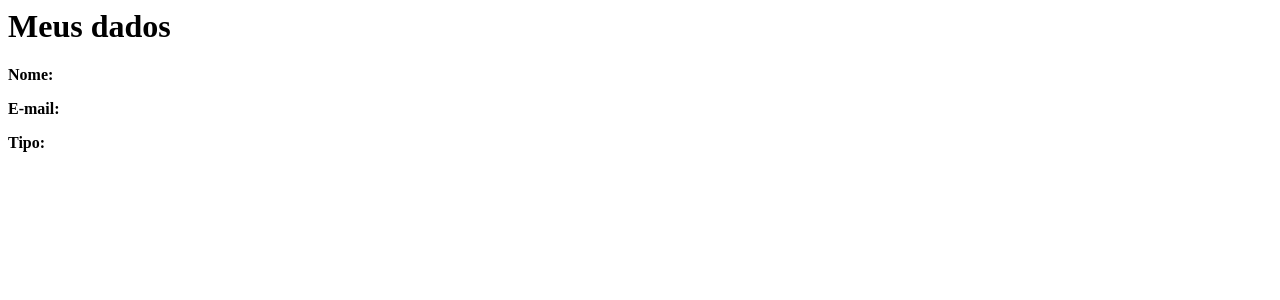
Repository: organicos/organicos.github.io
Page: partials/security/me.html
The author's editor kept a record of every edit. The page is drawn from the files as they stood at one moment, then again after the next edit.
The browser window is 1280 px wide. The pictures show the whole page.

Above is the page before.

After the next edit:
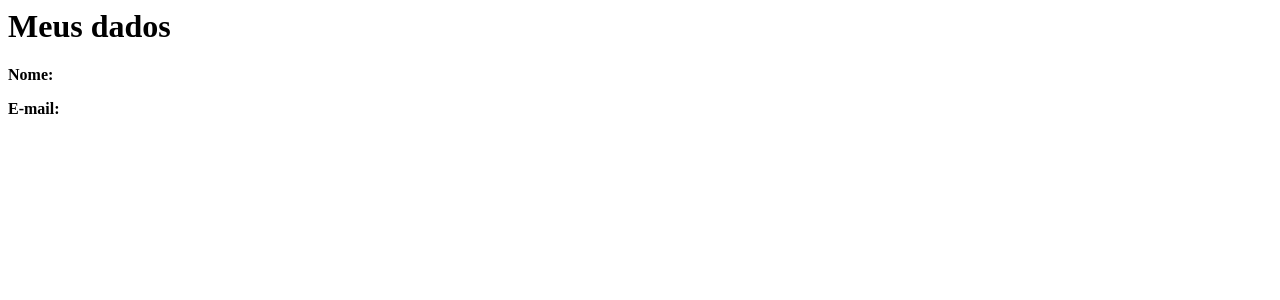
The edit:
--- a/partials/security/me.html
+++ b/partials/security/me.html
@@ -4,7 +4,6 @@
         <span ng-bind="user"></span>
         <p><strong>Nome:</strong> <span ng-bind="user.name"></span></p>
         <p><strong>E-mail:</strong> <span ng-bind="user.email"></span></p>
-        <p><strong>Tipo:</strong> <span ng-bind="user.kind"></span></p>
         <br>
     </div>
 </div>
